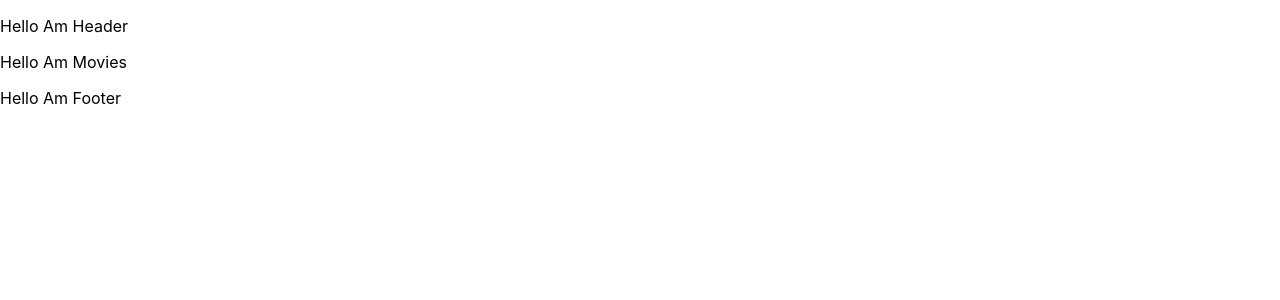
Repository: ronnysalas459/assigment-2
Page: /
The author's editor kept a copy of each file at every save. The page is drawn from the files as they stood at one save, then again after the next save.
The browser window is 1280 px wide. The pictures show the whole page.
The page's requests for data from a server got no answer. The project was rebuilt for these pictures with package versions that can differ from the ones it lists, and the page was loaded fresh each time. No one was signed in, and anything a server would have sent is missing. Also part of the build but not shown: src/contexts/DetailsContext.js, src/components/Details/index.js, src/components/NotFound/index.js.

Above is the page before, as saved 2021-08-29 18:38:14.

After the next save:
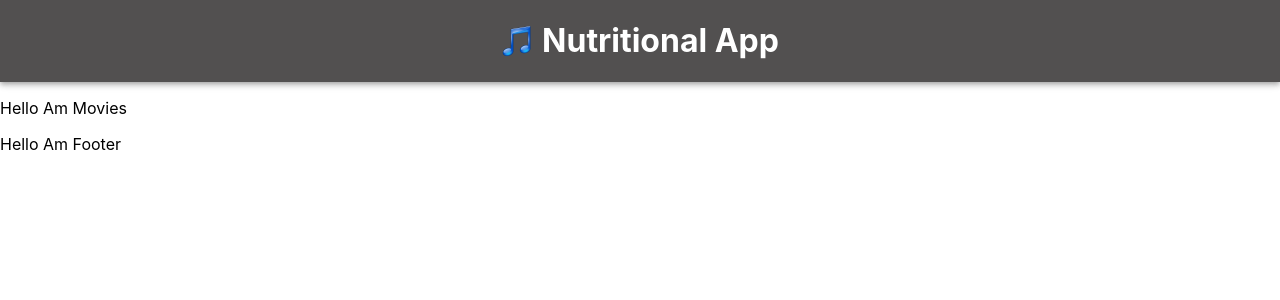
Saved 6 min 27 s later.
--- a/src/components/Common/Header.js
+++ b/src/components/Common/Header.js
@@ -1,7 +1,17 @@
 import React from 'react'
+import { AppBar, Toolbar } from "@material-ui/core";
+import logo from "./../assets/img/logo.png";
 
 const Header = () => (
-    <p> Hello Am Header</p>
+    <AppBar position="sticky">
+        <Toolbar>
+            <img src={logo} alt="logo" width="32" height="32"></img>
+            &nbsp;&nbsp;
+            <h1>Nutritional App</h1>
+        </Toolbar>
+
+    </AppBar>
+
 );
 
-export default Header;
+export default Header
